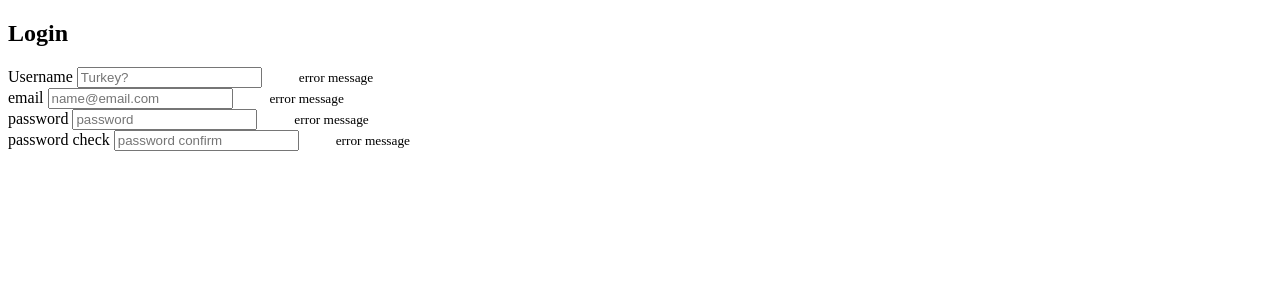
Repository: Abdoulrhman-altyeb/form-_validation-
Page: index.html
The author's editor kept a copy of each file at every save. The page is drawn from the files as they stood at one save, then again after the next save.
The browser window is 1280 px wide. The pictures show the whole page.

Above is the page before, as saved 2021-05-23 20:39:42.

### index.html
<!DOCTYPE html>
<html lang="en">
<head>
    <meta charset="UTF-8">
    <meta http-equiv="X-UA-Compatible" content="IE=edge">
    <meta name="viewport" content="width=device-width, initial-scale=1.0">
    <link rel="stylesheet" href="https://cdnjs.cloudflare.com/ajax/libs/font-awesome/5.15.3/css/all.min.css"
        integrity="sha512-iBBXm8fW90+nuLcSKlbmrPcLa0OT92xO1BIsZ+ywDWZCvqsWgccV3gFoRBv0z+8dLJgyAHIhR35VZc2oM/gI1w=="
        crossorigin="anonymous" referrerpolicy="no-referrer" />
    <title>form validation</title>
</head>
<body>
    <div class="conatiner">
        <div class="header">
            <h2>Login</h2>
        </div>
        <form class="form">
            <div class="form-control">
                <label for="username">Username</label>
                <input type="text" placeholder="Turkey?" id="username">
                <i class="fad fa-check-circle"></i>
                <i class="fad fa-exclamation-circle"></i>
                <small>error message</small>
            </div>
            <div class="form-control">
                <label for="email">email</label>
                <input type="email" placeholder="name@email.com" id="email">
                <i class="fad fa-check-circle"></i>
                <i class="fad fa-exclamation-circle"></i>
                <small>error message</small>
            </div>
            <div class="form-control">
                <label for="password">password</label>
                <input type="password" placeholder="password" id="password">
                <i class="fad fa-check-circle"></i>
                <i class="fad fa-exclamation-circle"></i>
                <small>error message</small>
            </div>
            <div class="form-control">
                <label for="password2">password check</label>
                <input type="password" placeholder="password confirm" id="password2">
                <i class="fad fa-check-circle"></i>
                <i class="fad fa-exclamation-circle"></i>
                <small>error message</small>
            </div>
        </form>
    </div>
</body>
</html>

After the next save:
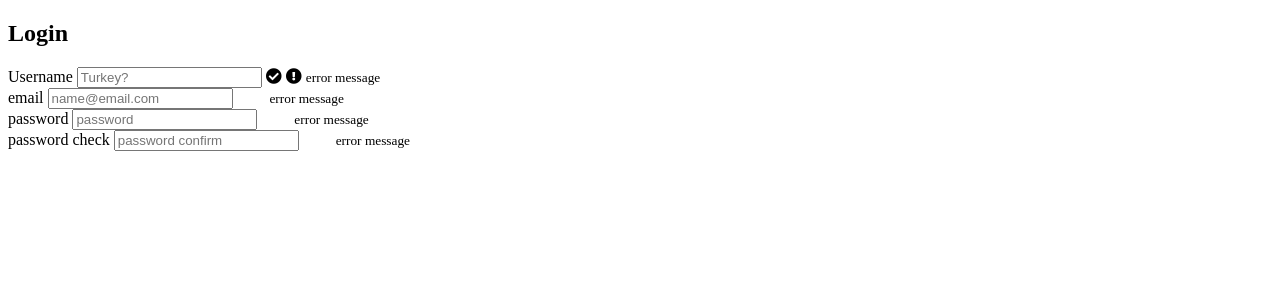
Saved 60 s later.
--- a/index.html
+++ b/index.html
@@ -18,8 +18,8 @@
             <div class="form-control">
                 <label for="username">Username</label>
                 <input type="text" placeholder="Turkey?" id="username">
-                <i class="fad fa-check-circle"></i>
-                <i class="fad fa-exclamation-circle"></i>
+                <i class="fa fa-check-circle"></i>
+                <i class="fa fa-exclamation-circle"></i>
                 <small>error message</small>
             </div>
             <div class="form-control">
